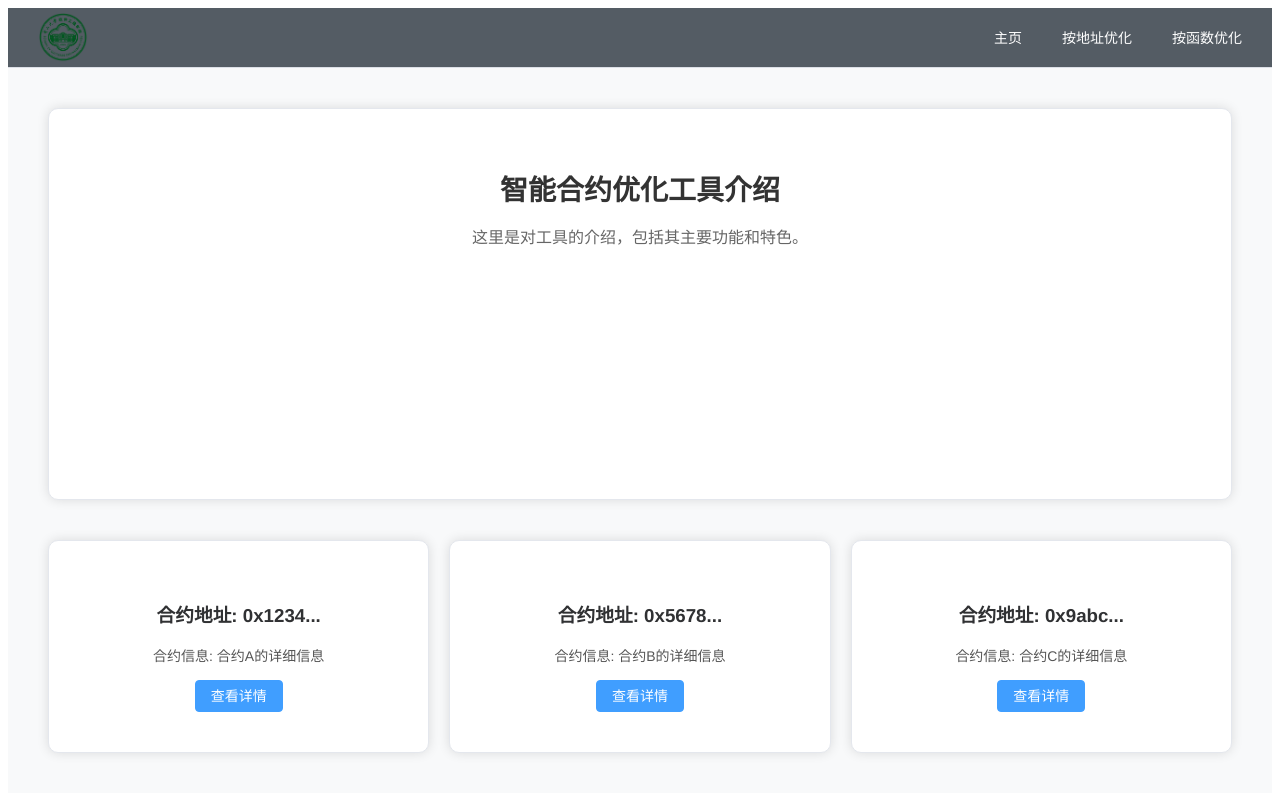
Repository: syckcoding/SmartHalo
Page: /
The author's editor kept a copy of each file at every save. The page is drawn from the files as they stood at one save, then again after the next save.
The browser window is 1280 px wide. The pictures show the whole page.
The project was rebuilt for these pictures with package versions that can differ from the ones it lists, and the page was loaded fresh each time. Also part of the build but not shown: vite.config.js, src/views/Detail.vue.

Above is the page before, as saved 2024-10-05 10:52:33.

After the next save:
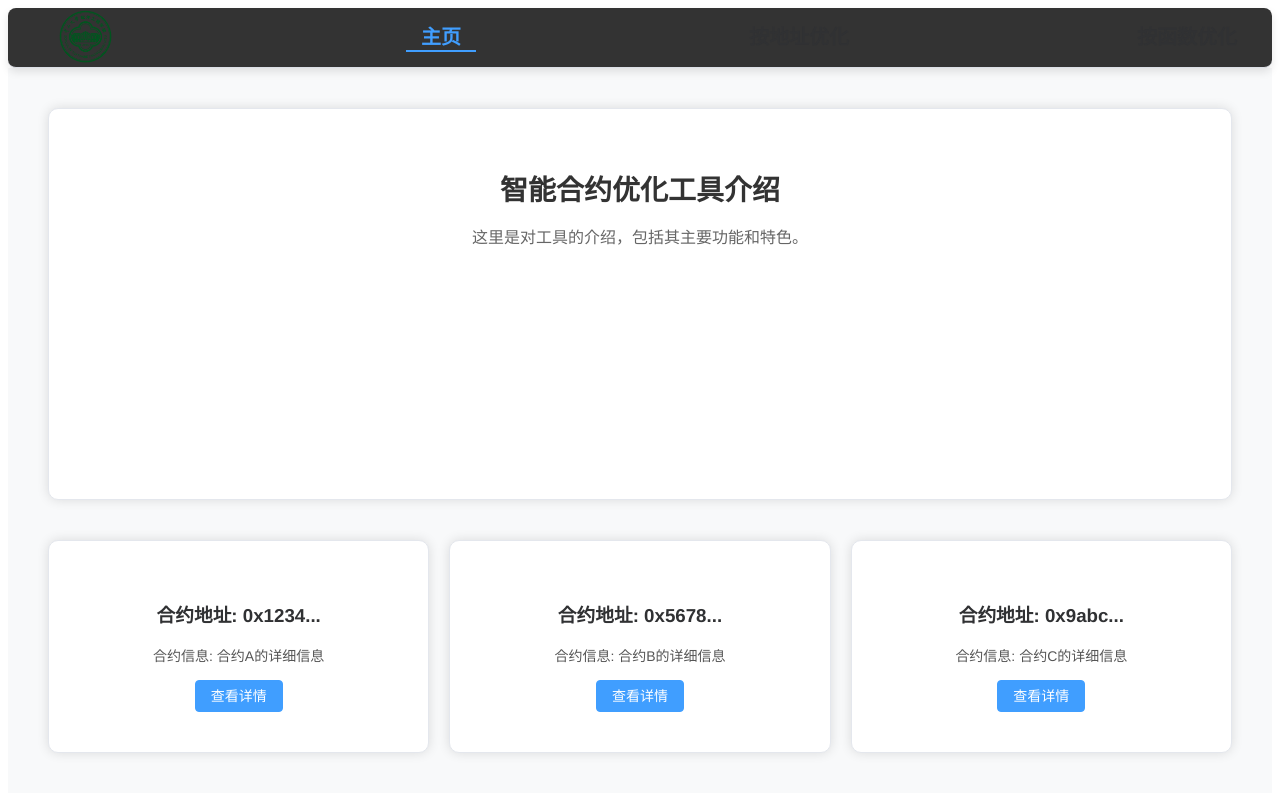
Saved 2 min 57 s later.
--- a/src/components/Navbar.vue
+++ b/src/components/Navbar.vue
@@ -3,11 +3,9 @@
     <el-menu-item index="0" class="logo-item">
       <img src="@/assets/intro-image.png" alt="工具LOGO" class="intro-logo" />
     </el-menu-item>
-    <div class="menu-right">
-      <el-menu-item index="1" @click="goToHome">主页</el-menu-item>
-      <el-menu-item index="2" @click="goToAddressOptimization">按地址优化</el-menu-item>
-      <el-menu-item index="3" @click="goToFunctionOptimization">按函数优化</el-menu-item>
-    </div>
+    <el-menu-item index="1" @click="goToHome" class="menu-item">主页</el-menu-item>
+    <el-menu-item index="2" @click="goToAddressOptimization" class="menu-item">按地址优化</el-menu-item>
+    <el-menu-item index="3" @click="goToFunctionOptimization" class="menu-item">按函数优化</el-menu-item>
   </el-menu>
 </template>
 
@@ -34,29 +32,45 @@ export default {
 
 <style scoped>
 .el-menu-demo {
-  background-color: #545c64;
+  background-color: #333;
   color: #fff;
-  padding: 10px;
-  display: flex;  /* 使用Flex布局 */
+  padding: 15px 20px;
+  display: flex;
   align-items: center;
-  justify-content: space-between; /* 主轴两端对齐，使左侧logo与右侧菜单分别靠边 */
+  justify-content: space-between;
+  position: relative;
+  box-shadow: 0 4px 8px rgba(0, 0, 0, 0.1);  /* 添加阴影效果提高视觉层次 */
+  border-bottom: 3px solid #2196f3;  /* 底部添加蓝色线条区分 */
+  border-radius: 8px;
 }
 
 .logo-item {
   pointer-events: none;
+  position: relative;
+  left: 10px;
+  z-index: 10;
 }
 
 .intro-logo {
-  width: 50px;
-  height: 50px;
-  margin-right: 20px;
+  width: 55px;
+  height: 55px;
+  margin-right: 25px;
 }
 
-.el-menu-demo .el-menu-item {
+.menu-item {
   color: #fff;
+  font-size: 20px;  /* 字体稍微调大一点 */
+  font-weight: bold;  /* 字体调粗一点 */
+  padding: 0 15px;
+  transition: color 0.3s ease;
+}
+
+.menu-item:hover {
+  color: #66b1ff;  /* 悬停时改变字体颜色使其更具交互性 */
 }
 
 .menu-right {
-  display: flex;  /* 确保子元素在同一行显示 */
+  display: flex;
+  gap: 30px;
 }
 </style>
